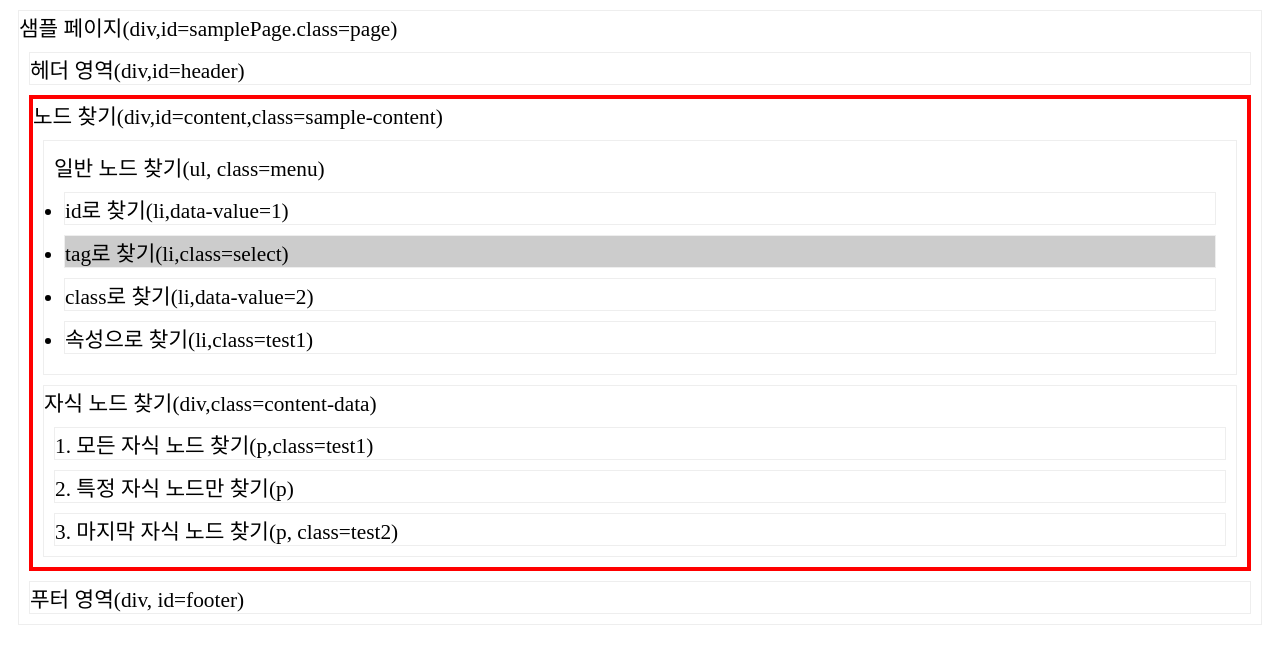
Repository: swc0516s/EZEN-JS
Page: JavaScript Workspace Lecture/JavaScript_jQuery_03/WebContent/Chapter03/3_06.html
An editor plug-in stored every save of this project. The page is shown before and after a run of saves, followed by the edit.
The browser window is 1280 px wide. The pictures show the whole page.

Above is the page before, as saved 2022-03-18 01:31:46.

### JavaScript Workspace Lecture/JavaScript_jQuery_03/WebContent/Chapter03/3_06.html
<!DOCTYPE html>
<html>
<head>
<meta charset="UTF-8">
<title>Insert title here</title>
<style type="text/css">
body {
	font-size: 16pt;
	font-family: "굴림";
}

div, p, ul, li {
	border: 1px #eeeeee solid;
	margin: 10px;
}

ul {
	padding: 10px;
}

li.select {
	background-color: #ccc;
}
</style>
<script type="text/javascript" src="../libs/jquery-3.6.0.min.js"></script>
<script type="text/javascript">
	// ul.menu의 부모 노드를 찾아 border 속성을 "border", "4px solid #f00"
	$(document).ready(function() {
		var menu = $("ul.menu");
		menu.parent().css("border", "4px solid #f00");
	});
</script>
</head>
<body>
	<div id="samplePage" class="page">
		샘플 페이지(div,id=samplePage.class=page)
		<div id="header">헤더 영역(div,id=header)</div>
		<div id="content" class="sample-content">
			노드 찾기(div,id=content,class=sample-content)
			<ul class="menu">
				일반 노드 찾기(ul, class=menu)
				<li data-value="1">id로 찾기(li,data-value=1)</li>
				<li class="select">tag로 찾기(li,class=select)</li>
				<li data-value="2">class로 찾기(li,data-value=2)</li>
				<li class="test1">속성으로 찾기(li,class=test1)</li>
			</ul>

			<div class="content-data">
				자식 노드 찾기(div,class=content-data)
				<p class="test1">1. 모든 자식 노드 찾기(p,class=test1)</p>
				<p>2. 특정 자식 노드만 찾기(p)</p>
				<p class="test2">3. 마지막 자식 노드 찾기(p, class=test2)</p>
			</div>
		</div>
		<div id="footer">푸터 영역(div, id=footer)</div>
	</div>
</body>
</html>

Loaded but not shown: JavaScript Workspace Lecture/JavaScript_jQuery_03/WebContent/libs/jquery-3.6.0.min.js (library)

After the next 2 saves:
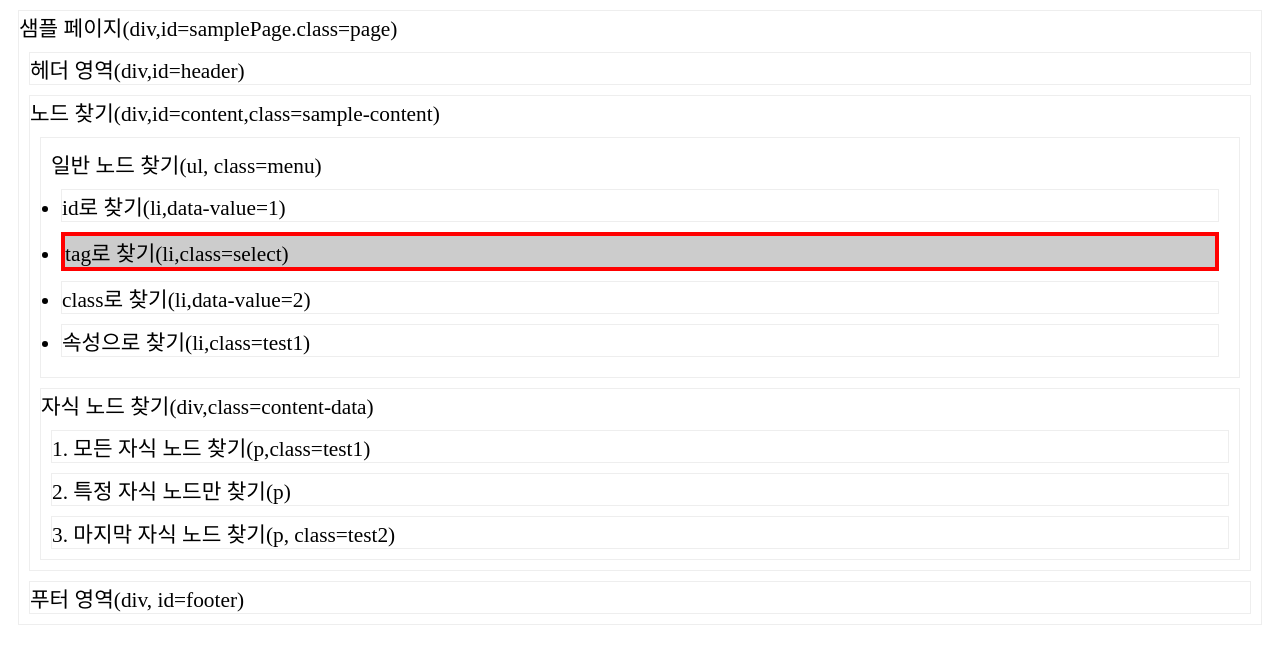
The 2 saves are shown as one change because they came seconds apart.
The last was saved 5 min 34 s later.
--- a/JavaScript Workspace Lecture/JavaScript_jQuery_03/WebContent/Chapter03/3_06.html
+++ b/JavaScript Workspace Lecture/JavaScript_jQuery_03/WebContent/Chapter03/3_06.html
@@ -24,10 +24,10 @@ li.select {
 </style>
 <script type="text/javascript" src="../libs/jquery-3.6.0.min.js"></script>
 <script type="text/javascript">
-	// ul.menu의 부모 노드를 찾아 border 속성을 "border", "4px solid #f00"
+	// ul.menu의 바로 하위 자식 노드 중 두번째 자식 노드의 border 속성을 "border", "4px solid #f00"
 	$(document).ready(function() {
 		var menu = $("ul.menu");
-		menu.parent().css("border", "4px solid #f00");
+		menu.children(":eq(1)").css("border", "4px solid #f00");
 	});
 </script>
 </head>
